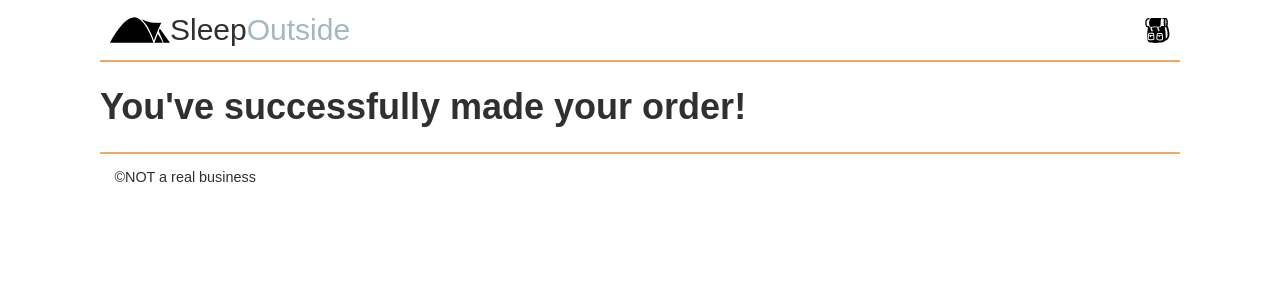
Repository: yllenfer/week02
Page: src/checkout/success.html
The author's editor kept a copy of each file at every save. The page is drawn from the files as they stood at one save, then again after the next save.
The browser window is 1280 px wide. The pictures show the whole page.

Above is the page before, as saved 2023-11-06 19:24:35.
Console error: TypeError: Cannot read properties of null (reading 'reduce')

### src/checkout/success.html
<!DOCTYPE html>
<html lang="en">
  <head>
    <meta charset="UTF-8" />
    <meta name="viewport" content="width=device-width, initial-scale=1.0" />
    <title>Sleep Outside | Checkout</title>
    <link rel="stylesheet" href="../css/style.css" />
    <script src="../js/checkout.js" type="module"></script>
  </head>
  <body>
    <header class="divider" id="main-header"></header>
    <main class="divider checkout">
     <h1 class="successfully">You've successfully made your order!</h1>
    </main>
    <footer id="main-footer"></footer>
  </body>
</html>

### src/css/style.css
:root {
  --font-body: Arial, Helvetica, sans-serif;
  --font-headline: Haettenschweiler, "Arial Narrow Bold", sans-serif;
  /* colors */
  --primary-color: #f0a868;
  --secondary-color: #525b0f;
  --tertiary-color: #a4b8c4;
  --light-grey: #d0d0d0;
  --dark-grey: #303030;

  /* sizes */
  --font-base: 18px;
  --small-font: 0.8em;
  --large-font: 1.2em;
}
* {
  box-sizing: border-box;
}
body {
  margin: 0;
  font-family: var(--font-body);
  font-size: var(--font-base);
  color: var(--dark-grey);
}
img {
  max-width: 100%;
}
header {
  display: flex;
  justify-content: space-between;
  padding: 0 10px;
}
.logo {
  line-height: 60px;
  width: 245px;
  overflow: hidden;
  display: flex;
  font-size: 30px;
  text-align: right;
  font-family: var(--font-headline);
}
.logo img {
  width: 60px;
  height: 60px;
}
.logo a {
  text-decoration: none;
  color: var(--font-body);
}
.hero {
  position: relative;
}
.hero .logo {
  position: absolute;
  left: calc(50% - 60px);
  bottom: -10px;
  background-color: white;
}
.logo--square {
  font-size: var(--small-font);
  width: 110px;
  height: 80px;

  flex-direction: column;
  align-items: flex-end;
  box-shadow: 1px 1px 4px var(--light-grey);
  justify-content: center;
  align-items: center;
  line-height: 1;
}
.logo--square img {
  width: 90px;
  height: 90px;
  margin-top: -1.3em;
}
.logo--square > div {
  margin-top: -1.7em;
}
/* utility classes */
.highlight {
  color: var(--tertiary-color);
}

button {
  padding: 0.5em 2em;
  background-color: var(--secondary-color);
  color: white;
  margin: auto;
  display: block;
  border: 0;
  font-size: var(--large-font);
  cursor: pointer;
}
.divider {
  border-bottom: 2px solid var(--primary-color);
}
/* End utility classes */

/* Cart icon styles */
.cart {
  padding-top: 1em;
  position: relative;
  text-align: center;
}

.cart svg {
  width: 25px;
}
.cart:hover svg {
  fill: gray;
}

/* End cart icon styles */

.mission {
  padding: 0 0.5em;
  /* margin: 0.5em 0; */
  line-height: 1.3;
  max-width: 600px;
  margin: auto;
}
.products {
  padding: 0.5em;
}
.product-list {
  display: flex;
  flex-flow: row wrap;
  justify-content: space-between;
  list-style-type: none;
  padding: 0;
}
.product-list a {
  text-decoration: none;
  color: var(--dark-grey);
}
/* Styles for product lists */
.product-card {
  flex: 1 1 45%;
  margin: 0.25em;
  padding: 0.5em;
  border: 1px solid var(--light-grey);
  max-width: 250px;
}
.product-card h2,
.product-card h3,
.product-card p {
  margin: 0.5em 0;
}

.card__brand {
  font-size: var(--small-font);
}

.card__name {
  font-size: 1em;
}
/* End product list card */

.product-detail {
  padding: 1em;
  max-width: 500px;
  margin: auto;
}

.product-detail img {
  width: 100%;
}

/* Start cart list card runstyles */
.cart-card {
  display: grid;
  grid-template-columns: 25% auto 15%;
  font-size: var(--small-font);
  /* max-height: 120px; */
  align-items: center;
}

.cart-card__image {
  grid-row: 1/3;
  grid-column: 1;
}
.cart-card p {
  margin-top: 0;
}
.cart-card .card__name {
  grid-row: 1;
  grid-column: 2;
}

.cart-card__color {
  grid-row: 2;
  grid-column: 2;
}

.cart-card__quantity {
  grid-row: 1;
  grid-column: 3;
}

.cart-card__price {
  grid-row: 2;
  grid-column: 3;
}

@media screen and (min-width: 500px) {
  body {
    max-width: 1080px;
    margin: auto;
  }
  .mission {
    font-size: 1.2em;
  }
  .cart-card {
    font-size: inherit;
    grid-template-columns: 150px auto 15%;
  }
}

footer {
  font-size: var(--small-font);
  padding: 1em;
}

.icons {
  display: grid;
  grid-template-columns: 1fr 1fr 1fr 1fr;
  width: auto;
}

.alert-message{
  background-color: #f44336;
  color: #fff;
  padding: 15px;
  margin-bottom: 15px;
  border-radius: 5px;
  box-shadow: 0 2px 4px rgba(0, 0, 0, 0.2);
}

.successfully{

}

### src/js/checkout.js
import { loadHeaderFooter } from "./utils.mjs";


loadHeaderFooter();



// document.addEventListener("DOMContentLoaded", function () {
//     const checkoutForm = document.forms["checkout"];
//     checkoutForm.addEventListener("submit", function (event) {
//       event.preventDefault();


//       const isValid = true;
//       if (isValid) {

//         window.location.href = "success.html";
//       }
//     });
//   });

### src/js/utils.mjs
// wrapper for querySelector...returns matching element
export function qs(selector, parent = document) {
  return parent.querySelector(selector);
}

export function updateCartTotal() {
  const cartItems = getLocalStorage("so-cart");
  const total = cartItems.reduce((acc, item) => acc + item.FinalPrice, 0);
  const totalElement = document.getElementById("cart-total");
  totalElement.textContent = "$" + total.toFixed(2);
}

document.addEventListener("DOMContentLoaded", function () {
  updateCartTotal();
});

// or a more concise version if you are into that sort of thing:
// export const qs = (selector, parent = document) => parent.querySelector(selector);

// retrieve data from localstorage
export function getLocalStorage(key) {
  return JSON.parse(localStorage.getItem(key));
}
// save data to local storage
export function setLocalStorage(key, data) {
  localStorage.setItem(key, JSON.stringify(data));
}
// set a listener for both touchend and click
export function setClick(selector, callback) {
  qs(selector).addEventListener("touchend", (event) => {
    event.preventDefault();
    callback();
  });
  qs(selector).addEventListener("click", callback);
}

export function getParam(param) {
  const queryString = window.location.search;
  const urlParams = new URLSearchParams(queryString);
  return urlParams.get(param);
}

export function renderListWithTemplate(
  templateFn,
  parentElement,
  list,
  position = "afterbegin",
  clear = true
) {
  if (clear) {
    parentElement.innerHTML = "";
  }
  const htmlString = list.map(templateFn);
  parentElement.insertAdjacentHTML(position, htmlString.join(""));
}




export async function renderWithTemplate(
  templateFn,
  parentElement,
  data,
  callback,
  position = "afterbegin",
  clear = true
) {
  if (clear) {
    parentElement.innerHTML = "";
  }
  const htmlString = await templateFn(data);
  parentElement.insertAdjacentHTML(position, htmlString);
  if (callback) {
    callback(data);
  }
}

function loadTemplate(path) {
  // wait what?  we are returning a new function? this is called currying and can be very helpful.
  return async function () {
    const res = await fetch(path);
    if (res.ok) {
      const html = await res.text();
      return html;
    }
  };
}




export async function loadHeaderFooter() {
  // header template will still be a function! But one where we have pre-supplied the argument.
  // headerTemplate and footerTemplate will be almost identical, but they will remember the path we passed in when we created them
  // why is it important that they stay functions?  The renderWithTemplate function is expecting a template function...if we sent it a string it would break, if we changed it to expect a string then it would become less flexible.
  const headerTemplateFn = loadTemplate("/partials/header.html");
  const footerTemplateFn = loadTemplate("/partials/footer.html");
  const headerEl = document.querySelector("#main-header");
  const footerEl = document.querySelector("#main-footer");
  renderWithTemplate(headerTemplateFn, headerEl);
  renderWithTemplate(footerTemplateFn, footerEl);
}

export function alertMessage(message, scroll = true, duration = 3000) {
  const alert = document.createElement("div");
  alert.classList.add("alert");
  alert.innerHTML = `<p class="alert-message">${message}</p><span></span>`;

  alert.addEventListener("click", function (e) {
    if (e.target.tagName == "SPAN") {
      main.removeChild(this);
    }
  });
  const main = document.querySelector("main");
  main.prepend(alert);
  // make sure they see the alert by scrolling to the top of the window
  //we may not always want to do this...so default to scroll=true, but allow it to be passed in and overridden.
  if (scroll) window.scrollTo(0, 0);

  // left this here to show how you could remove the alert automatically after a certain amount of time.
  setTimeout(function () {
    main.removeChild(alert);
  }, duration);
}


document.addEventListener('DOMContentLoaded', function () {
  const checkoutForm = document.forms['checkout'];

  // Get all input elements
  const fnameInput = checkoutForm.elements['fname'];
  const lnameInput = checkoutForm.elements['lname'];
  const streetInput = checkoutForm.elements['street'];
  const cityInput = checkoutForm.elements['city'];
  const stateInput = checkoutForm.elements['state'];
  const zipInput = checkoutForm.elements['zip'];
  const cardNumberInput = checkoutForm.elements['cardNumber'];
  const expirationInput = checkoutForm.elements['expiration'];
  const codeInput = checkoutForm.elements['code'];

  // Add a submit event listener to the form
  checkoutForm.addEventListener('submit', function (event) {
    event.preventDefault();

    // Validation functions
    function isValidName(value) {
      return /^[A-Za-z]+$/.test(value);
    }

    function isValidZip(value) {
      return /^\d{5}$/.test(value);
    }

    function isValidCardNumber(value) {
      return /^\d{16}$/.test(value) || /^(\d{4}-\d{4}-\d{4}-\d{4})$/.test(value);
    }

    function isValidExpiration(value) {
      return /^(0[1-9]|1[0-2])\/\d{2}$/.test(value);
    }

    function isValidCode(value) {
      return /^\d{3}$/.test(value);
    }

    // Remove any previous alerts
    removeAllAlerts();

    // Validate First Name
    if (!isValidName(fnameInput.value)) {
      alertMessage('First Name cannot be empty or contain numbers.');
      return;
    }

    // Validate Last Name
    if (!isValidName(lnameInput.value)) {
      alertMessage('Last Name cannot be empty or contain numbers.');
      return;
    }

    // Validate Street
    if (streetInput.value.trim() === '') {
      alertMessage('Street cannot be empty.');
      return;
    }

    // Validate City
    if (cityInput.value.trim() === '') {
      alertMessage('City cannot be empty.');
      return;
    }

    // Validate State
    if (stateInput.value.trim() === '') {
      alertMessage('State cannot be empty.');
      return;
    }

    // Validate Zip Code
    if (!isValidZip(zipInput.value)) {
      alertMessage('Zip Code must be 5 digits.');
      return;
    }

    // Validate Card Number
    if (!isValidCardNumber(cardNumberInput.value)) {
      alertMessage('Invalid Card Number. It should be 16 digits or in format (1111-1111-1111-1111).');
      return;
    }

    // Validate Expiration Date
    if (!isValidExpiration(expirationInput.value)) {
      alertMessage('Invalid Expiration Date. It should be in format (MM/YY).');
      return;
    }

    // Validate Security Code
    if (!isValidCode(codeInput.value)) {
      alertMessage('Security Code must be 3 digits.');
      return;
    }

    // If all validations pass, you can proceed with form submission to success.html
    window.location.href = 'success.html';
  });
});


export function removeAllAlerts() {
  const alerts = document.querySelectorAll(".alert");
  alerts.forEach((alert) => document.querySelector("main").removeChild(alert));
}

### src/public/partials/header.html
<div class="logo">
  <img src="/images/noun_Tent_2517.svg" alt="tent image for logo" />
  <a href="/index.html"> Sleep<span class="highlight">Outside</span></a>
</div>
<div class="cart">
  <a href="/cart/index.html">
    <svg xmlns="http://www.w3.org/2000/svg" viewBox="0 0 100 100">
      <path
        d="M18.9 32.6c1.1 2.4 2.5 3.3 5.4 3.3 1.6 0 3.6-0.3 5.9-0.6 3.2-0.5 6.9-1 11.2-1 2.1 0 4.3 0.1 6.4 0.3 2.1 0.1 4.2 0.3 6.1 0.3 3.2 0 5.2-0.4 5.9-1.2 2.7-2.7 2.8-8.8 2.9-14.6 0.1-6.7 0.2-14.5 4.6-18.7 -0.5 0-1 0-1.6 0 -14.2 0-37.5 0-41.1 0C15.6 6.2 14.9 23.6 18.9 32.6z"
      />
      <path
        d="M90.1 29.7c1-3.3 1.5-7.3 1.5-11.2 0-9-2.7-18.8-8.6-18.8 -0.1 0-0.2 0-0.3 0L77.8-0.1c-0.3 0.2-0.8 0.3-1.1 0.4 0 0 0 0 0 0 -0.2 0-0.3 0-0.4 0 -4.5 0.1-7 1.8-8.4 4.9l8.9-0.1c-1.6 3.6-2.4 8.7-2.4 13.5 0 4.9 0.8 9.9 2.5 13.6l-12.3 0c-0.2 0.4-0.4 0.8-0.6 1.2 -0.2 0.4-0.4 0.7-0.6 1.1 -0.1 0.1-0.1 0.2-0.2 0.3 -0.3 0.4-0.5 0.7-0.9 1.1 0 0 0 0 0 0 0 0-0.1 0.1-0.1 0.1 -0.1 0.1-0.2 0.2-0.4 0.3 -0.2 0.1-0.4 0.3-0.6 0.4 0 0 0 0 0 0 -0.4 0.2-0.9 0.4-1.4 0.6 -1.3 0.4-2.9 0.6-4.9 0.7 -0.5 1.5-1.1 4.1 0 5.5l3.1 3.9 0 0.8c0 2.8-2.3 4.8-2.8 5.2l-3-3.8c0.3-0.2 0.5-0.5 0.7-0.8l-1.8-2.3c-2.2-2.7-1.8-6.3-1.2-8.7 -0.7 0-1.4-0.1-2-0.1 -2.1-0.1-4.3-0.3-6.2-0.3 -4.1 0-7.7 0.5-10.8 1 -1 0.2-2 0.3-3 0.4 -0.5 1.5-1.2 4.4-0.1 5.9l3.1 4 0 0.8c0 2.8-2.3 4.8-2.8 5.2l-3.1-3.8c0.3-0.2 0.6-0.6 0.7-0.9l-1.8-2.4c-2.1-2.8-1.8-6.3-1.2-8.7 -1.6-0.2-2.9-0.8-4-1.7h0c-0.8-0.6-1.4-1.4-2-2.4 -0.1-0.1-0.2-0.3-0.2-0.5 -0.1-0.2-0.2-0.4-0.3-0.6 -0.3-0.6-0.5-1.2-0.7-1.8l-5.6 0c-1-0.3-3.5-4.8-3.5-13.2 0-8.1 3.7-13.1 4.9-13.2L16.4 5.6c0.9-1.9 2-3.7 3.4-5.2L11.2 0.5c-5.4 0-10.1 8.6-10.1 18.4 0 8.9 2.7 18.4 8.6 18.4h2.4c-1.8 10.7-6.6 43 0.4 56.5 0.7 1.4 4.3 3.4 12.2 4.6 20.2 3.1 49.8-0.5 54.6-5.3 0.7-0.7 1.3-1.7 1.8-2.9 2-0.3 8.2-1.7 12.4-8.4C100.1 71.5 98.9 53.9 90.1 29.7zM35.6 87.1c-2.6 2-10.5 2.1-12.1 2.1 0 0 0 0 0 0 -3.9 0-9-0.4-10.8-2.3 -2.6-2.7-1.5-13-0.6-19.1 -0.1-1.9 0-5.8 2.2-7.2 1.9-1.2 8.7-1.3 11.6-1.3 6.4 0 7.4 0.6 7.8 0.9 3 1.8 3.1 5.6 2.6 7.8C37.7 75.5 38.6 84.8 35.6 87.1zM70.1 87.5c-2.6 2-10.5 2.1-12.1 2.1 0 0 0 0 0 0 -3.9 0-9-0.4-10.8-2.3 -2.6-2.7-1.5-13-0.6-19.1 -0.1-1.9 0-5.8 2.2-7.2 1.9-1.2 8.7-1.3 11.6-1.3 6.4 0 7.4 0.6 7.8 0.9 3 1.8 3.1 5.6 2.6 7.8C72.2 76 73.1 85.3 70.1 87.5zM85.9 12.3c-0.6-1.3-1.3-2.2-1.9-2.5 -0.5-0.3-1-0.3-1.4 0 -1.7 1.1-3.2 12.2-0.6 17.9 0.4 0.9 0.9 1.1 1.3 1.1 0.1 0 0.2 0 0.3 0 1.8-0.5 2.1-6.2 1.7-8.6l-1.6 0.2c0.3 2.2 0 5.1-0.4 6.3 -2.1-5.3-0.8-14.1 0.1-15.5 0.8 0.6 2.2 3.5 3.1 8 -0.1 7.9-2.4 12.3-3.4 12.8 -1-0.5-3.4-5.2-3.4-13.5 0-8.3 2.4-13 3.4-13.5C83.7 5.4 85.1 7.9 85.9 12.3zM87.3 77.7c-1.4 2.3-3.1 3.6-4.6 4.3 1.2-12.2-1-31-3.5-44.7h3.3c0.1 0 0.3 0 0.4 0 0.6 0 1.2-0.1 1.8-0.4C92.8 60.7 90.7 72.2 87.3 77.7z"
      />
      <path
        d="M24.7 71v5h-5.2v-5.4c-1.4-0.3-2.7-0.6-3.7-0.9 -0.9 6.8-1.1 13.3-0.3 14.5 0.4 0.3 2.9 1.1 8 1.1h0c5 0 8.8-0.7 9.7-1.3 0.8-1.3 0.6-7.7-0.4-14.4C30.7 70.1 27.5 70.8 24.7 71z"
      />
      <path
        d="M58.8 68.9c2.9-0.1 6.4-0.9 8.3-1.4 0.1-0.8 0.3-2.8-0.7-3.5 -0.5-0.2-2.5-0.4-5.9-0.4 -4.9 0-8.6 0.4-9.5 0.7 -0.3 0.5-0.5 1.9-0.5 3.3C52.5 68.1 56 69 58.8 68.9z"
      />
      <path
        d="M24.3 68.4c2.9-0.1 6.4-0.9 8.3-1.4 0.1-0.8 0.3-2.8-0.7-3.5 -0.5-0.2-2.5-0.4-5.9-0.4 -4.9 0-8.6 0.4-9.5 0.7 -0.3 0.5-0.5 1.9-0.5 3.3C18 67.7 21.5 68.6 24.3 68.4z"
      />
      <path
        d="M60.1 71.4v3.3h-5.2v-3.4c-1.7-0.3-3.3-0.7-4.6-1 -0.9 6.8-1.1 13.3-0.3 14.5 0.4 0.3 2.9 1.1 8 1.1h0c5 0 8.8-0.7 9.7-1.3 0.8-1.3 0.6-7.7-0.4-14.4C65.5 70.5 62.7 71.1 60.1 71.4z"
      />

      <!-- <text x="0" y="115" fill="#000000" font-size="5px" font-weight="bold" font-family="'Helvetica Neue', Helvetica, Arial-Unicode, Arial, Sans-serif">Created by Natalia Woodroffe</text>
        <text x="0" y="120" fill="#000000" font-size="5px" font-weight="bold" font-family="'Helvetica Neue', Helvetica, Arial-Unicode, Arial, Sans-serif">from the Noun Project</text> -->
    </svg>
  </a>
</div>

### src/public/images/noun_Tent_2517.svg
<svg height='100px' width='100px'  fill="#000000" version="1.1" xmlns="http://www.w3.org/2000/svg" xmlns:xlink="http://www.w3.org/1999/xlink" x="0px" y="0px" viewBox="0 0 100 42.111" enable-background="new 0 0 100 42.111" xml:space="preserve"><path fill="#000000" d="M0,42.111c0,0,20.453-40.576,38.681-42.067c19.704-1.612,33.686,42.067,33.686,42.067H0L0,42.111z"></path><path fill="#000000" d="M52.643,3.255c0,0,7.532,7.364,12.356,16.355c5.165,9.636,8.261,18.967,8.261,18.967
	s1.366-4.256,5.415-14.09c4.05-9.834,6.854-15.42,6.854-15.42s-8.034,0.607-16.271-0.465C62.139,7.675,52.643,3.255,52.643,3.255
	L52.643,3.255z"></path><path fill="#000000" d="M74.009,42.111l5.58-14.66c0,0,2.651,4.007,4.188,6.658c1.535,2.653,4.088,8.002,4.088,8.002H74.009
	L74.009,42.111z"></path><path fill="#000000" d="M89.329,42.111c0,0-1.224-3.533-4.017-9.957c-2.793-6.422-3.998-8.936-3.998-8.936l1.765-4.605L100,42.111
	H89.329L89.329,42.111z"></path></svg>

Loaded but not shown: src/public/partials/footer.html (common file)

After the next save:
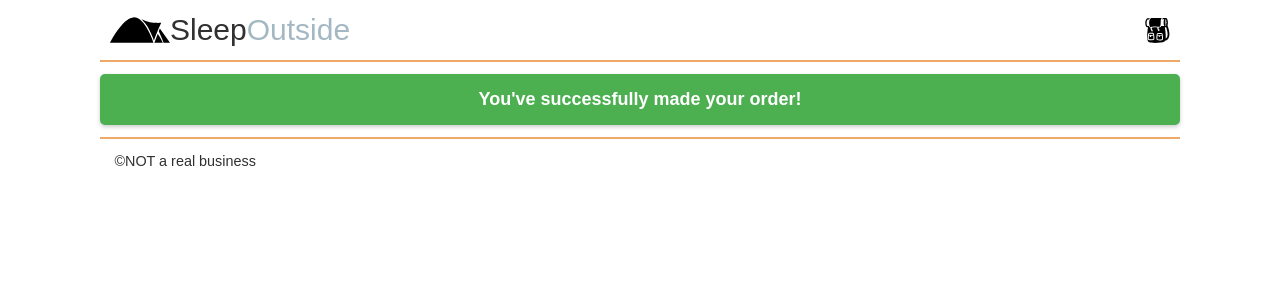
Saved 49 s later.
--- a/src/css/style.css
+++ b/src/css/style.css
@@ -237,5 +237,11 @@ footer {
 }
 
 .successfully{
-
-}
+  background-color: #4CAF50; /* Green color for success */
+  color: #fff; /* White text color */
+  padding: 15px; /* Add some padding */
+  border-radius: 5px; /* Rounded corners */
+  box-shadow: 0 2px 4px rgba(0, 0, 0, 0.2); /* Add a shadow for depth */
+  text-align: center; /* Center-align the text */
+  font-size: 18px; /* Increase font size */
+}
